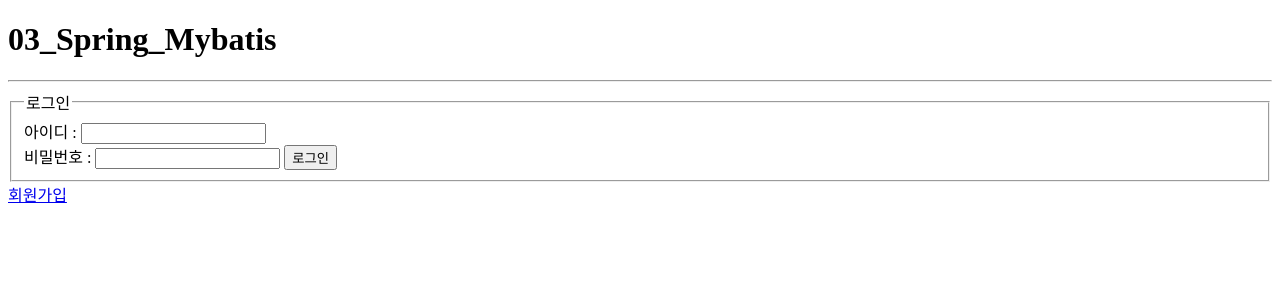
Repository: loseminho/khAcademy-Study
Page: http://localhost/03_Spring_Mybatis/
These files come from the project's save history. The page is drawn as it stood at one moment and after the next save; the edit follows.
The browser window is 1280 px wide. The pictures show the whole page.
The page is served by Tomcat 9. Other server files are loaded and not shown.

Above is the page before, as saved 2022-10-07 02:15:45.

### spring/workspace-sts-3.9.13.RELEASE/03_Spring_Mybatis/src/main/webapp/index.jsp
<%@ page language="java" contentType="text/html; charset=UTF-8"
    pageEncoding="UTF-8"%>
    <%@ taglib uri="http://java.sun.com/jsp/jstl/core" prefix="c" %>
<!DOCTYPE html>
<html>
<head>
<meta charset="UTF-8">
<title>Insert title here</title>
</head>
<body>
	<h1>03_Spring_Mybatis</h1>
	<hr>
	<c:choose>
		<c:when test="${empty sessionScope.m }">
			<form action="/login.do" method="post">
				<fieldset>
					<legend>로그인</legend>
					아이디 : <input type="text" name="memberId"><br>
					비밀번호 : <input type="password" name="memberPw">
					<input type="submit" value="로그인">
				</fieldset>
			</form>
			<a href="/joinFrm.do">회원가입</a>
		</c:when>
		<c:otherwise>
			<h2>[${sessionScope.m.memberName }]님 반갑습니다!</h2>
			<h3><a href="/selectAllMember.do">전체 회원 조회</a></h3>
			<h3><a href="/logout.do">로그아웃</a></h3>
			<form action="/searchMemberId.do">
				아이디 : <input type="text" name="memberId">
				<input type="submit" value="조회">
			</form>
			<h3><a href="/mypage.do">마이페이지</a></h3>
			<h3><a href="/deleteMember.do?memberId=${sessionScope.m.memberId }">회원탈퇴</a></h3>
			<form action="/sarchMemberName.do">
				이름: <input type="text" name="memberName">
				<input type="submit" value="조회">
			</form>
			<fieldset>
	         <legend>아이디 or 이름으로 검색</legend>
		         <p>아이디만 입력하고 검색하는 경우 아이디로 조회, 이름만 입력하고 검색하는 경우 이름으로 조회, 둘다 입력하고 검색하는 경우 두개 and로 조회
		         <form action="/searchMember2.do">
				         아이디 : <input type="text" name="memberId">
				         이름: <input type="text" name="memberName">
				         <input type="submit" value="검색">
		         </form>
         </fieldset>
		</c:otherwise>
	</c:choose>

</body>
</html>

After the next save:
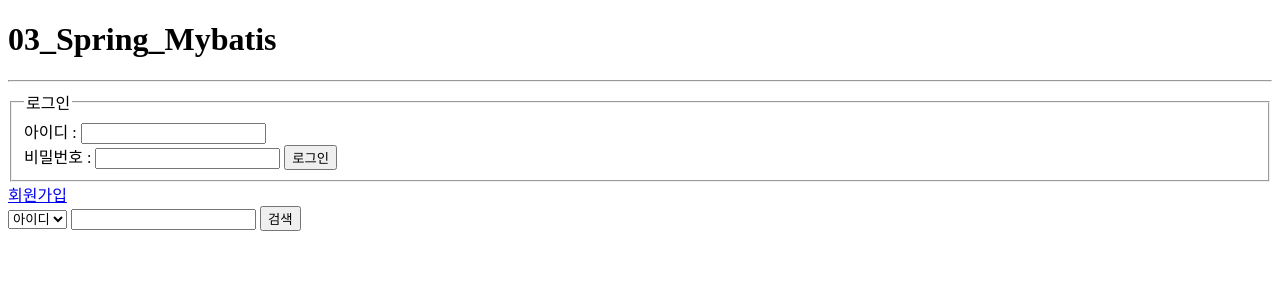
Saved 3 min 14 s later.
--- a/spring/workspace-sts-3.9.13.RELEASE/03_Spring_Mybatis/src/main/webapp/index.jsp
+++ b/spring/workspace-sts-3.9.13.RELEASE/03_Spring_Mybatis/src/main/webapp/index.jsp
@@ -21,6 +21,15 @@
 				</fieldset>
 			</form>
 			<a href="/joinFrm.do">회원가입</a>
+			<form action="/searchMember1.do" method="post">
+            <select name="type">
+               <option value="id">아이디</option>
+               <option value="name">이름</option>
+            </select>
+            <input type="text" name="keyword">
+            <input type="submit" value="검색">
+         </form>
+
 		</c:when>
 		<c:otherwise>
 			<h2>[${sessionScope.m.memberName }]님 반갑습니다!</h2>
